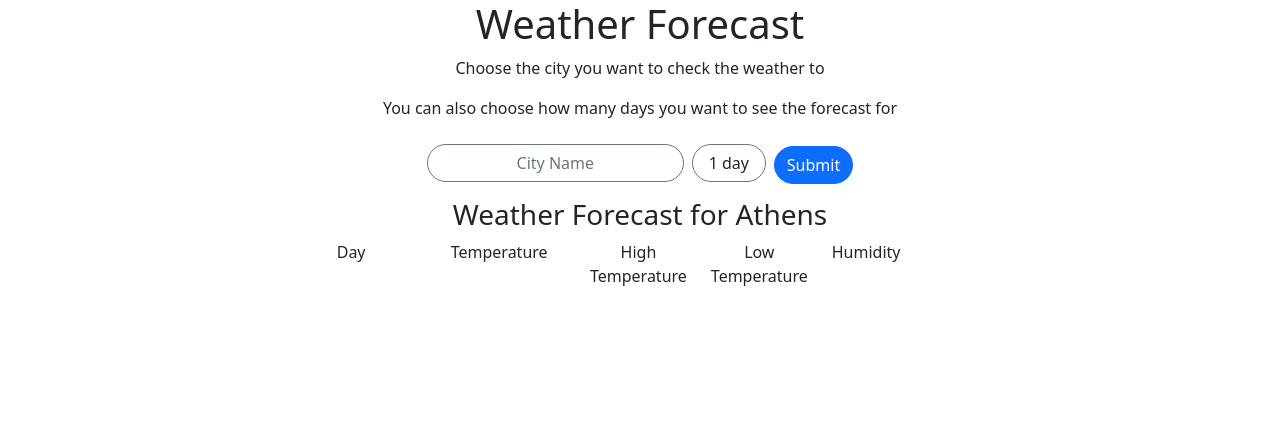
Repository: DimitrisDoxopoulos/my-own-weather-app
Page: /
An editor plug-in stored every save of this project. The page is shown before and after the next save, followed by the edit.
The browser window is 1280 px wide. The pictures show the whole page.
The project was rebuilt for these pictures with package versions that can differ from the ones it lists, and the page was loaded fresh each time.

Above is the page before, as saved 2021-06-03 19:05:58.

After the next save:
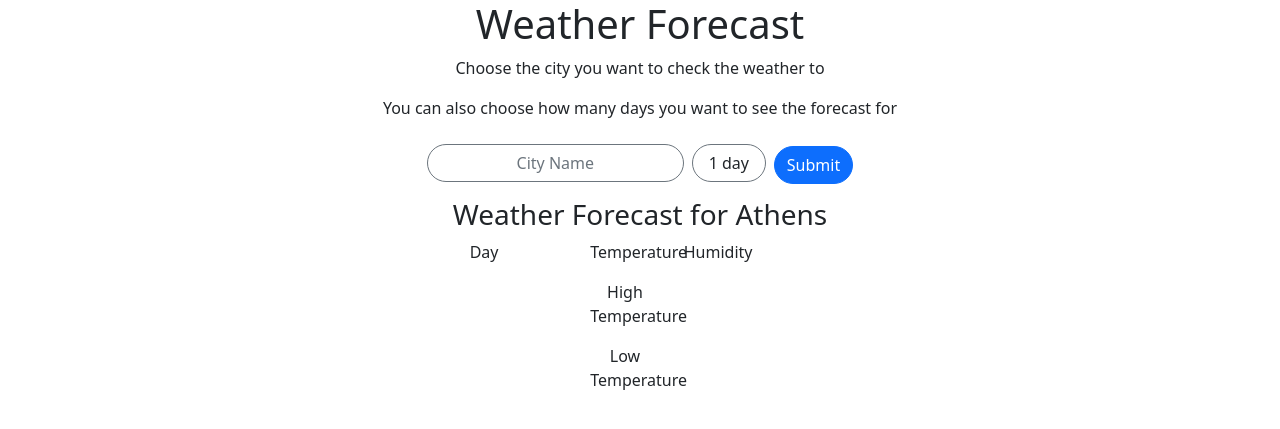
Saved 37 s later.
--- a/src/components/WeatherForecast.js
+++ b/src/components/WeatherForecast.js
@@ -13,13 +13,15 @@ const WeatherForecast = () => {
                         <image src="" alt='weather icon' />
                     </div>
                     <div className="col-3">
-                        <p>Temperature</p>
-                    </div>
-                    <div className="col">
-                        <p>High Temperature</p>
-                    </div>
-                    <div className="col">
-                        <p>Low Temperature</p>
+                        <div className="col">
+                            <p>Temperature</p>
+                        </div>
+                        <div className="col">
+                            <p>High Temperature</p>
+                        </div>
+                        <div className="col">
+                            <p>Low Temperature</p>
+                        </div>
                     </div>
                     <div className="col">
                         <p>Humidity</p>
